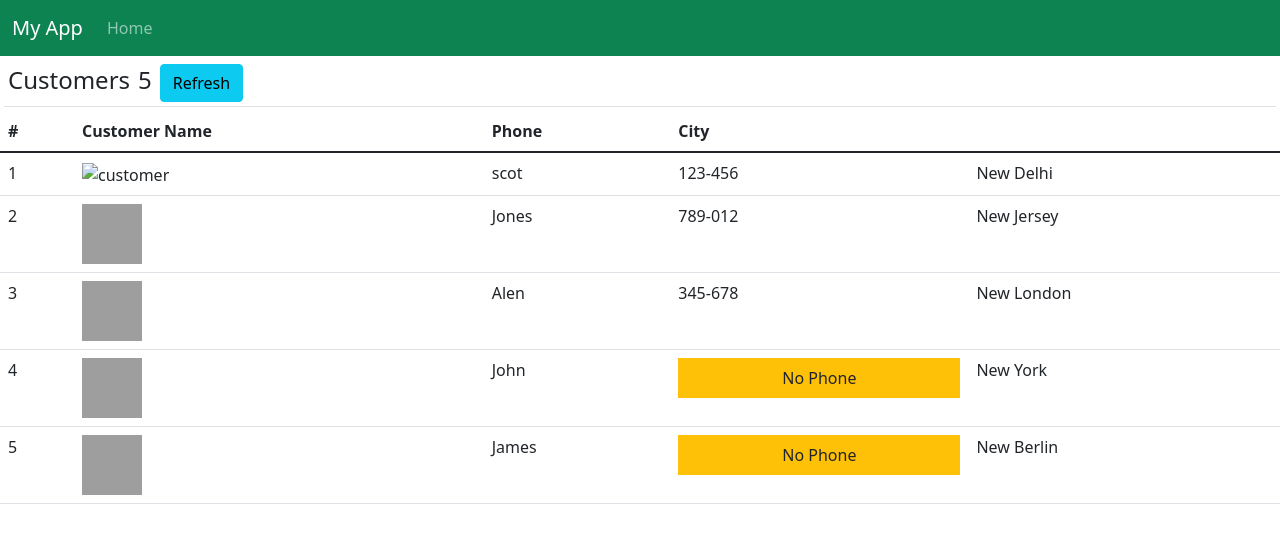
Repository: smit1298/e-commerce
Page: /
An editor plug-in stored every save of this project. The page is shown before and after a run of saves, followed by the edit.
The browser window is 1280 px wide. The pictures show the whole page.
Pictures or frames that could not be fetched are drawn as grey boxes. The project was rebuilt for these pictures with package versions that can differ from the ones it lists, and the page was loaded fresh each time.

Above is the page before, as saved 2022-05-10 21:23:40.

### src/index.js
import React from "react";
import ReactDOM from "react-dom";
import "jquery";
import "popper.js/dist/umd/popper";
import "bootstrap/dist/js/bootstrap";
import "bootstrap/dist/css/bootstrap.css";
import "./index.css";
import App from "./App";

ReactDOM.render(<App />, document.getElementById("root"));

### src/index.css
* {
    box-sizing: border-box;
}

.highlight{
    background-color: #80c0b5;
}

.navbar-style{
    background-color: #0c8351 !important;
}

### src/App.jsx
import React, { Component } from "react";
import MainContent from "./MainContent";
import NavBar from "./NavBar";

export default class App extends Component {
  render() {
    return (
      <React.Fragment>
        <NavBar />
        <MainContent />
      </React.Fragment>
    );
  }
}

### src/MainContent.jsx
import React, { Component } from "react";

export default class MainContent extends Component {
  state = {
    pageTitle: "Customers",
    customersCount: 5,
    customers: [
      { id: 1, name: "scot", phone: "123-456", address: { city: "New Delhi" } },
      {
        id: 2,
        name: "Jones",
        phone: "789-012",
        address: { city: "New Jersey" },
        photo: "https://picsum.photos/id/1010/60"
      },
      {
        id: 3,
        name: "Alen",
        phone: "345-678",
        address: { city: "New London" },
        photo: "https://picsum.photos/id/1011/60"
      },
      {
        id: 4,
        name: "John",
        phone: null,
        address: { city: "New York" },
        photo: "https://picsum.photos/id/1012/60"
      },
      {
        id: 5,
        name: "James",
        phone: null,
        address: { city: "New Berlin" },
        photo: "https://picsum.photos/id/1013/60"
      }
    ]
  };

  render() {
    return (
      <div>
        <h4 className="border-bottom m-1 p-1">
          {this.state.pageTitle}
          <span className="m-2">{this.state.customersCount}</span>
          <button className="btn btn-info" onClick={this.onRefreshClick}>
            Refresh
          </button>
        </h4>
        <table className="table">
          <thead>
            <tr>
              <th>#</th>
              <th>Customer Name</th>
              <th>Phone</th>
              <th>City</th>
            </tr>
          </thead>
          <tbody>{this.getCustomerRow()}</tbody>
        </table>
      </div>
    );
  }

  //   Executes when the user clicks on refresh button
  onRefreshClick = () => {
    this.setState({
      customersCount: 7
    });
  };

  getPhoneToRender = (phone) => {
    if (phone) return phone;
    else return <div className="bg-warning p-2 text-center">No Phone</div>;
  };

  getCustomerRow = () => {
    return this.state.customers.map((cust) => {
      return (
        <tr key={cust.id}>
          <td>{cust.id}</td>
          <td>
            <img src={cust.photo} alt="customer" />
          </td>
          <td>{cust.name}</td>
          <td> {this.getPhoneToRender(cust.phone)}</td>
          <td>{cust.address.city}</td>
        </tr>
      );
    });
  };
}

### src/NavBar.jsx
import React, { Component } from "react";

class NavBar extends Component {
  render() {
    return (
      <React.Fragment>
        <nav className="navbar navbar-expand-lg navbar-dark bg-dark navbar-style">
          <div className="container-fluid">
            <a className="navbar-brand" href="/#">
              My App
            </a>
            <button
              className="navbar-toggler"
              type="button"
              data-bs-toggle="collapse"
              data-bs-target="#navbarSupportedContent"
              aria-controls="navbarSupportedContent"
              aria-expanded="false"
              aria-label="Toggle navigation"
            >
              <span className="navbar-toggler-icon"></span>
            </button>

            <div
              className="collapse navbar-collapse"
              id="navbarSupportedContent"
            >
              <ul className="navbar-nav me-auto mb-2 mb-lg-0">
                <li className="nav-item">
                  <a className="nav-link" href="/#">
                    Home
                  </a>
                </li>
              </ul>
            </div>
          </div>
        </nav>
      </React.Fragment>
    );
  }
}

export default NavBar;

Loaded but not shown: public/index.html (common file)

After the next 2 saves:
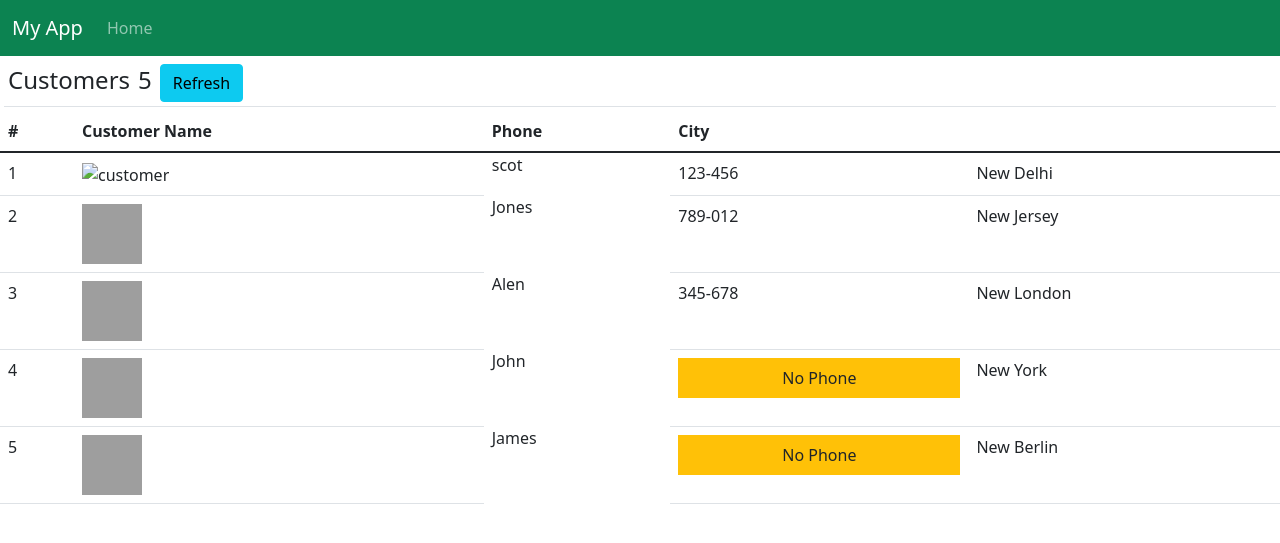
The 2 saves are shown as one change because they came seconds apart.
The last was saved 115 s later.
--- a/src/MainContent.jsx
+++ b/src/MainContent.jsx
@@ -82,7 +82,7 @@ export default class MainContent extends Component {
           <td>
             <img src={cust.photo} alt="customer" />
           </td>
-          <td>{cust.name}</td>
+          <tdnst>{cust.name}</tdnst>
           <td> {this.getPhoneToRender(cust.phone)}</td>
           <td>{cust.address.city}</td>
         </tr>
